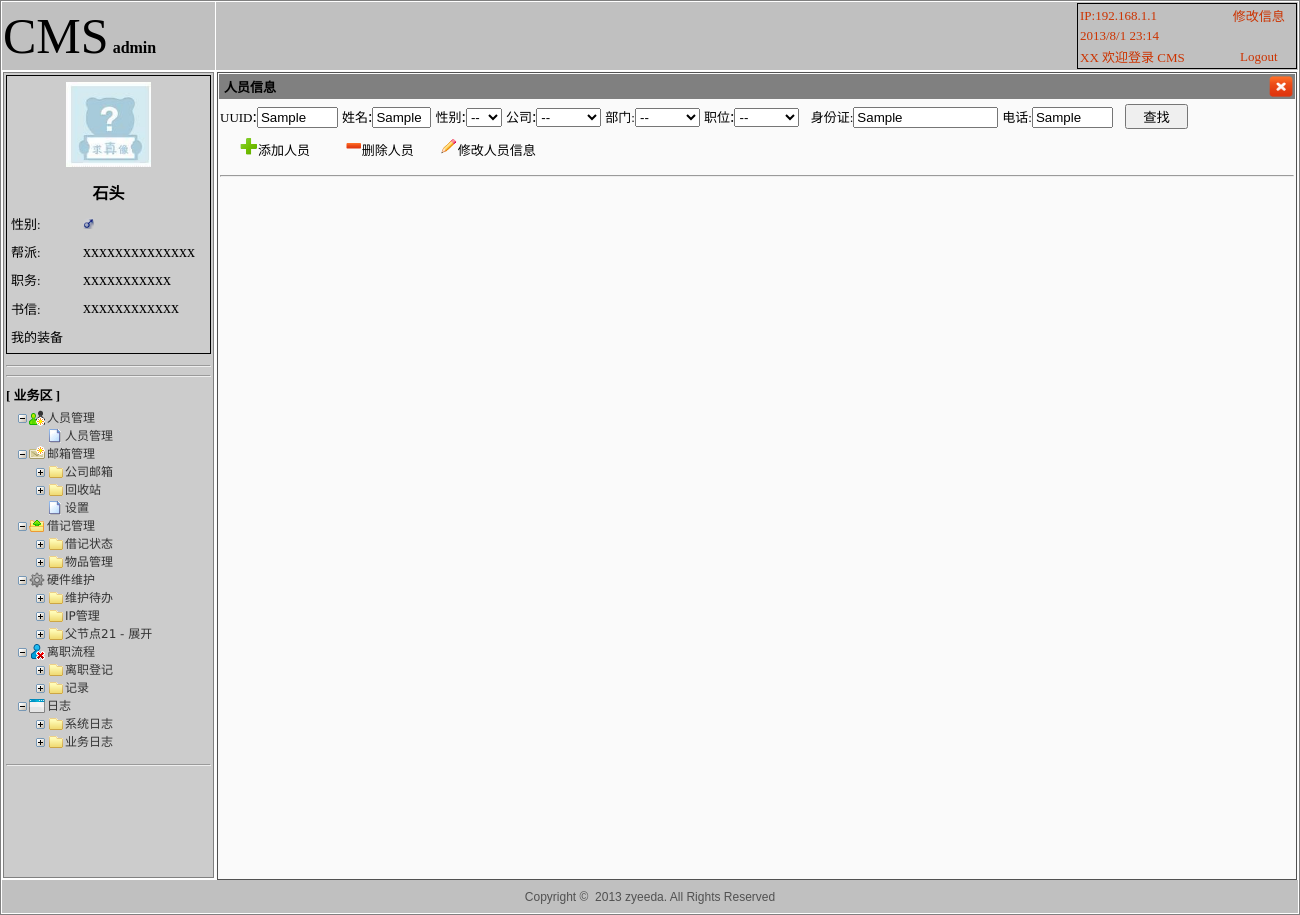
Repository: 728064001/MyProject
Page: http://localhost/CMS/admin.jsp
An editor plug-in stored every save of this project. The page is shown before and after the next save, followed by the edit.
The browser window is 1280 px wide. The page is 1300 px wide, so the pictures cover 1300 px, including what lies to the right of the window. The pictures show the whole page.
Empty fields were first filled with sample values (such as "Sample", 5 or name@example.com).
After loading, the first visible `#personinfo_close_image` was clicked once.
The page is served by Tomcat 9. Other server files are loaded and not shown.

Above is the page before, as saved 2013-08-02 07:30:27.

### cms-server-code/CMS/WebRoot/admin.jsp
<%@ page language="java" import="java.util.*" pageEncoding="UTF-8"%>
<%
String path = request.getContextPath();
String basePath = request.getScheme()+"://"+request.getServerName()+":"+request.getServerPort()+path+"/";
%>

<!DOCTYPE HTML PUBLIC "-//W3C//DTD HTML 4.01 Transitional//EN">
<html>
  <head>
    <base href="<%=basePath%>">

    <title>cms admin</title>

	<meta http-equiv="pragma" content="no-cache">
	<meta http-equiv="cache-control" content="no-cache">
	<meta http-equiv="expires" content="0">
	<meta http-equiv="keywords" content="keyword1,keyword2,keyword3">
	<meta http-equiv="description" content="This is my page">
	<!--
	<link rel="stylesheet" type="text/css" href="styles.css">
	-->
	<link rel="stylesheet" href="css/zTreeStyle/zTreeStyle.css" />
	<link rel="stylesheet" href="css/admin.css" />
	<script type="text/javascript" src="js/jquery-1.10.1.js"></script>
	<script type="text/javascript" src="js/jquery.ztree.core-3.5.js"></script>
	<script type="text/javascript" src="js/jquery.ztree.excheck-3.5.js"></script>
	<script type="text/javascript" src="js/jquery.ztree.exedit-3.5.js"></script>
	<script type="text/javascript" src="js/admin.js"></script>
</head>

<body>
<table align="center" cellspacing="1" class="admin-main-tab-style" style="width: 1300px; height: 900px">
	<tr bgcolor="#C0C0C0">
		<td class="admin-main-tab-td-style" style="height: 17px; width: 211px">
		<span class="admin-main-tab-td-logo-style">CMS</span> <span class="admin-main-tab-td-admins-style"><strong>admin</strong></span></td>
		<td class="admin-child-tab-td-null-style" style="height: 17px">
		<table cellspacing="1" class="admin-child-tab-style" style="width: 220px; height: 100%">
			<tr>
				<td>IP:192.168.1.1</td>
				<td class="admin-child-tab-td-welcome-style">修改信息</td>
			</tr>
			<tr>
				<td>2013/8/1 23:14</td>
				<td>&nbsp;</td>
			</tr>
			<tr>
				<td>XX 欢迎登录 CMS</td>
				<td class="admin-child-tab-td-welcome-style">Logout</td>
			</tr>
		</table>
		</td>
	</tr>
	<tr>
		<td style="width: 211px; height: 808px;" align="left" valign="top">
		<table cellspacing="1" class="style8" style="width: 100%; height: 100%">
			<tr>
				<td align="left" style="height: 281px" valign="top">
				<table cellspacing="1" class="style9" style="width: 100%; height: 100%">
					<tr>
						<td class="admin-child-tab-td-welcome-style" style="height: 95px">
						<img src="image/userimage.jpg" height="85" width="85" /></td>
					</tr>
					<tr>
						<td align="left" valign="top">
						<table cellspacing="1" style="width: 100%; height: 100%">
							<tr>
								<td class="admin-child-tab-td-welcome-style" colspan="2"><strong>石头</strong></td>
							</tr>
							<tr>
								<td class="admin-main-tab-style0" style="width: 69px">性别:</td>
								<td>
								<img alt="" height="11" src="image/male.gif" width="11" /></td>
							</tr>
							<tr>
								<td class="admin-main-tab-style0" style="width: 69px">帮派:</td>
								<td>xxxxxxxxxxxxxx</td>
							</tr>
							<tr>
								<td class="admin-main-tab-style0" style="width: 69px">职务:</td>
								<td>xxxxxxxxxxx</td>
							</tr>
							<tr>
								<td class="admin-main-tab-style0" style="width: 69px">书信:</td>
								<td>xxxxxxxxxxxx</td>
							</tr>
							<tr>
								<td class="admin-main-tab-style0" style="width: 69px">我的装备</td>
								<td>&nbsp;</td>
							</tr>
						</table>
						</td>
					</tr>
				</table>
				</td>
			</tr>
			<tr>
				<td align="left" valign="top">
				<hr /><hr/>
				<strong><span class="admin-main-tab-style1">[ 业务区 ]<br/>
				<!--tree-->
				</span></strong>
				<div>
				<ul id="treeDemo" class="ztree"></ul></div>
				<hr/>
				</td>
			</tr>
		</table>
		</td>
		<td style="height: 808px" bgcolor="#FAFAFA" align="left" valign="top">
		<!--业务工作区-->
		<!--人员信息-->
		<div id="personinfo" style="position: absolute; width: 1080px; height: 808px; z-index: 1">
			<table cellspacing="1" class="admin-main-tab-admin-child-tab-td-null-style" style="width: 100%; height: 100%">
				<tr>
					<td bgcolor="#808080" style="height: 20px">
					<table cellpadding="0" cellspacing="0" style="width: 100%; height: 100%">
						<tr>
							<td>&nbsp;<strong><span class="admin-main-tab-admin-main-tab-td-logo-style">人员信息&nbsp;</span></strong></td>
							<td class="admin-child-tab-td-null-style">
							<img id="personinfo_close_image" alt="" height="23" src="image/personinfo_close.png" width="26" /></td>
						</tr>
					</table>
					</td>
				</tr>
				<tr>
					<td style="height: 33px"><span class="admin-main-tab-style1">UUID</span>:<input name="Text1" type="text" style="width: 81px" />
					<span class="admin-main-tab-style1">姓名</span>:<input name="Text2" type="text" style="width: 59px" />&nbsp;<span class="admin-main-tab-style1">性别</span>:<select name="Select1">
						<option value="--">--</option>
						<option value="女">女</option>
						<option value="男">男</option>
						</select>&nbsp;<span class="admin-main-tab-style1">公司</span>:<select name="Select2" style="width: 65px">
						<option value="--">--</option>
						<option value="女">女</option>
						<option value="男">男</option>
						</select>&nbsp;<span class="admin-main-tab-style1">部门:</span><select name="Select3" style="width: 65px">
						<option value="--">--</option>
						<option value="女">女</option>
						<option value="男">男</option>
						</select>&nbsp;<span class="admin-main-tab-style1">职位</span>:<select name="Select4" style="width: 65px">
						<option value="--">--</option>
						<option value="女">女</option>
						<option value="男">男</option>
						</select>&nbsp;&nbsp;<span class="admin-main-tab-style1">
					身份证:</span><input name="Text7" type="text" style="width: 145px" />
					<span class="admin-main-tab-style1">电话:</span><input name="Text8" type="text" style="width: 81px" />&nbsp;&nbsp;&nbsp;<input name="search" id="search" type="button" value="查找" style="width: 63px" /></td>
				</tr>
				<tr>
					<td align="left" valign="top">&nbsp;&nbsp;&nbsp; &nbsp;<img alt="" height="18" src="image/addperson.png" width="18" /><span class="admin-main-tab-admin-main-tab-td-admins-style">添加人员&nbsp;&nbsp;&nbsp;&nbsp;&nbsp;&nbsp;&nbsp;&nbsp;&nbsp;&nbsp;
					</span>
					<img alt="" class="admin-main-tab-admin-main-tab-td-admins-style" height="19" src="image/delperson.png" width="16" /><span class="admin-main-tab-admin-main-tab-td-admins-style">删除人员&nbsp;&nbsp;&nbsp;&nbsp;&nbsp;&nbsp;&nbsp;
					</span>
					<img alt="" class="admin-main-tab-admin-main-tab-td-admins-style" height="17" src="image/modifiyperson.png" width="18" /><span class="admin-main-tab-admin-main-tab-td-admins-style">修改人员信息</span><hr style="height: -12px"/>

					</td>
				</tr>
			</table>
		</div>
		<!---->
		</td>
	</tr>
	<tr bgcolor="#C0C0C0">
		<td style="height: 33px;" class="admin-child-tab-td-welcome-style" colspan="2">
		<span style="color: rgb(81, 81, 81); font-family: Arial; font-size: 12px; font-style: normal; font-variant: normal; font-weight: normal; letter-spacing: normal; line-height: 24px; orphans: 2; text-align: center; text-indent: 0px; text-transform: none; white-space: normal; widows: 2; word-spacing: 0px; -webkit-text-size-adjust: auto; -webkit-text-stroke-width: 0px; display: inline !important; float: none;">
		Copyright ©&nbsp; 2013 zyeeda. All Rights Reserved</span></td>
	</tr>
</table>
</body>

</html>

### cms-server-code/CMS/WebRoot/css/zTreeStyle/zTreeStyle.css
/*-------------------------------------
zTree Style

version:	3.4
author:		Hunter.z
email:		hunter.z@263.net
website:	http://code.google.com/p/jquerytree/

-------------------------------------*/

.ztree * {padding:0; margin:0; font-size:12px; font-family: Verdana, Arial, Helvetica, AppleGothic, sans-serif}
.ztree {margin:0; padding:5px; color:#333}
.ztree li{padding:0; margin:0; list-style:none; line-height:14px; text-align:left; white-space:nowrap; outline:0}
.ztree li ul{ margin:0; padding:0 0 0 18px}
.ztree li ul.line{ background:url(./img/line_conn.gif) 0 0 repeat-y;}

.ztree li a {padding:1px 3px 0 0; margin:0; cursor:pointer; height:17px; color:#333; background-color: transparent;
	text-decoration:none; vertical-align:top; display: inline-block}
.ztree li a:hover {text-decoration:underline}
.ztree li a.curSelectedNode {padding-top:0px; background-color:#FFE6B0; color:black; height:16px; border:1px #FFB951 solid; opacity:0.8;}
.ztree li a.curSelectedNode_Edit {padding-top:0px; background-color:#FFE6B0; color:black; height:16px; border:1px #FFB951 solid; opacity:0.8;}
.ztree li a.tmpTargetNode_inner {padding-top:0px; background-color:#316AC5; color:white; height:16px; border:1px #316AC5 solid;
	opacity:0.8; filter:alpha(opacity=80)}
.ztree li a.tmpTargetNode_prev {}
.ztree li a.tmpTargetNode_next {}
.ztree li a input.rename {height:14px; width:80px; padding:0; margin:0;
	font-size:12px; border:1px #7EC4CC solid; *border:0px}
.ztree li span {line-height:16px; margin-right:2px}
.ztree li span.button {line-height:0; margin:0; width:16px; height:16px; display: inline-block; vertical-align:middle;
	border:0 none; cursor: pointer;outline:none;
	background-color:transparent; background-repeat:no-repeat; background-attachment: scroll;
	background-image:url("./img/zTreeStandard.png"); *background-image:url("./img/zTreeStandard.gif")}

.ztree li span.button.chk {width:13px; height:13px; margin:0 3px 0 0; cursor: auto}
.ztree li span.button.chk.checkbox_false_full {background-position:0 0}
.ztree li span.button.chk.checkbox_false_full_focus {background-position:0 -14px}
.ztree li span.button.chk.checkbox_false_part {background-position:0 -28px}
.ztree li span.button.chk.checkbox_false_part_focus {background-position:0 -42px}
.ztree li span.button.chk.checkbox_false_disable {background-position:0 -56px}
.ztree li span.button.chk.checkbox_true_full {background-position:-14px 0}
.ztree li span.button.chk.checkbox_true_full_focus {background-position:-14px -14px}
.ztree li span.button.chk.checkbox_true_part {background-position:-14px -28px}
.ztree li span.button.chk.checkbox_true_part_focus {background-position:-14px -42px}
.ztree li span.button.chk.checkbox_true_disable {background-position:-14px -56px}
.ztree li span.button.chk.radio_false_full {background-position:-28px 0}
.ztree li span.button.chk.radio_false_full_focus {background-position:-28px -14px}
.ztree li span.button.chk.radio_false_part {background-position:-28px -28px}
.ztree li span.button.chk.radio_false_part_focus {background-position:-28px -42px}
.ztree li span.button.chk.radio_false_disable {background-position:-28px -56px}
.ztree li span.button.chk.radio_true_full {background-position:-42px 0}
.ztree li span.button.chk.radio_true_full_focus {background-position:-42px -14px}
.ztree li span.button.chk.radio_true_part {background-position:-42px -28px}
.ztree li span.button.chk.radio_true_part_focus {background-position:-42px -42px}
.ztree li span.button.chk.radio_true_disable {background-position:-42px -56px}

.ztree li span.button.switch {width:18px; height:18px}
.ztree li span.button.root_open{background-position:-92px -54px}
.ztree li span.button.root_close{background-position:-74px -54px}
.ztree li span.button.roots_open{background-position:-92px 0}
.ztree li span.button.roots_close{background-position:-74px 0}
.ztree li span.button.center_open{background-position:-92px -18px}
.ztree li span.button.center_close{background-position:-74px -18px}
.ztree li span.button.bottom_open{background-position:-92px -36px}
.ztree li span.button.bottom_close{background-position:-74px -36px}
.ztree li span.button.noline_open{background-position:-92px -72px}
.ztree li span.button.noline_close{background-position:-74px -72px}
.ztree li span.button.root_docu{ background:none;}
.ztree li span.button.roots_docu{background-position:-56px 0}
.ztree li span.button.center_docu{background-position:-56px -18px}
.ztree li span.button.bottom_docu{background-position:-56px -36px}
.ztree li span.button.noline_docu{ background:none;}

.ztree li span.button.ico_open{margin-right:2px; background-position:-110px -16px; vertical-align:top; *vertical-align:middle}
.ztree li span.button.ico_close{margin-right:2px; background-position:-110px 0; vertical-align:top; *vertical-align:middle}
.ztree li span.button.ico_docu{margin-right:2px; background-position:-110px -32px; vertical-align:top; *vertical-align:middle}
.ztree li span.button.edit {margin-right:2px; background-position:-110px -48px; vertical-align:top; *vertical-align:middle}
.ztree li span.button.remove {margin-right:2px; background-position:-110px -64px; vertical-align:top; *vertical-align:middle}

.ztree li span.button.ico_loading{margin-right:2px; background:url(./img/loading.gif) no-repeat scroll 0 0 transparent; vertical-align:top; *vertical-align:middle}

ul.tmpTargetzTree {background-color:#FFE6B0; opacity:0.8; filter:alpha(opacity=80)}

span.tmpzTreeMove_arrow {width:16px; height:16px; display: inline-block; padding:0; margin:2px 0 0 1px; border:0 none; position:absolute;
	background-color:transparent; background-repeat:no-repeat; background-attachment: scroll;
	background-position:-110px -80px; background-image:url("./img/zTreeStandard.png"); *background-image:url("./img/zTreeStandard.gif")}

ul.ztree.zTreeDragUL {margin:0; padding:0; position:absolute; width:auto; height:auto;overflow:hidden; background-color:#cfcfcf; border:1px #00B83F dotted; opacity:0.8; filter:alpha(opacity=80)}
.zTreeMask {z-index:10000; background-color:#cfcfcf; opacity:0.0; filter:alpha(opacity=0); position:absolute}

/* level style*/
/*.ztree li span.button.level0 {
	display:none;
}
.ztree li ul.level0 {
	padding:0;
	background:none;
}*/

### cms-server-code/CMS/WebRoot/css/admin.css
@CHARSET "UTF-8";
body{
 margin:0;
 padding:0;
}
.admin-main-tab-style {
	border-style: solid;
	border-width: 1px;
 margin:0,auto;
}
.admin-child-tab-td-null-style {
	text-align: right;
}
.admin-main-tab-td-logo-style {
	font-family: 华文琥珀;
	font-size: 50px;
}
.admin-main-tab-td-admins-style {
	font-size: medium;
}
.admin-main-tab-td-style {
	text-align: left;
}
.admin-child-tab-style {
	border: 1px solid #000000;
	float:right;
	margin-left: 185px;
	color: #CC3300;
	font-size: small;
}
.admin-child-tab-td-welcome-style {
	text-align: center;
}
.style8 {
	border-style: solid;
	border-width: 1px;
	background-color: #CCCCCC;
}
.style9 {
	border: 1px solid #000000;
}
.admin-main-tab-style0 {
	font-family: 新宋体;
	font-size: small;
}
.admin-main-tab-style1 {
	font-size: small;
}
.admin-main-tab-admin-child-tab-td-null-style {
	border: 1px solid #515151;
}
.admin-main-tab-admin-main-tab-td-logo-style {
	font-size: small;
	font-family: 黑体;
}
.admin-main-tab-admin-main-tab-td-admins-style {
	font-size: small;
	font-family: 华文细黑;
	 line-height:32px;
}

### cms-server-code/CMS/WebRoot/js/admin.js
//载入时
$(function(){

	//不显示人员信息窗口；
//	$("#personinfo").hide();
			$("#personinfo_close_image").click(function(){
			alert("ok");
//			$("#personinfo").hide(); //点击关闭按钮时，隐藏人员信息窗口；
		});
});

var setting = {
			view:{
				showLine:false
			},
			data: {
				simpleData: {
					enable: true
				}
			}
		};
var zNodes =[
			{ name:"人员管理", open:true,iconOpen:"image/treeimage/person_open.png",iconClose:"image/treeimage/person_close.png",
				children: [
					{ name:"人员管理", isParent:false, "click":"personinfo_click();"}
				]},
			{ name:"邮箱管理",open:true,iconOpen:"image/treeimage/mail_open.png",iconClose:"image/treeimage/mail_close.png",

				children: [
					{ name:"公司邮箱",
						children: [
							{ name:"邮箱信息"},
							{ name:"待办项"}
					]},
					{ name:"回收站",
						children: [
							{ name:"已删除的邮箱"}
					]},
					{ name:"设置", isParent:false}
				]},
			{ name:"借记管理", open:true,iconOpen:"image/treeimage/borrow_open.png",iconClose:"image/treeimage/borrow_close.png",

				children:[
					{ name:"借记状态",
						children: [
							{ name:"图书借记状态"},
							{ name:"电子用品借记状态"},
							{ name:"历史记录"}
					]},
					{ name:"物品管理",
						children: [
							{ name:"图书管理"},
							{ name:"电子用品管理"},
							{ name:"借用授权"}
					]}
				]
			},
			{ name:"硬件维护", open:true,iconOpen:"image/treeimage/hardwaremaintenance_open.png",iconClose:"image/treeimage/hardwaremaintenance_close.png",

				children:[
					{ name:"维护待办",
						children: [
							{ name:"待办项"},
							{ name:"记录"}
					]},
					{ name:"IP管理",
						children: [
							{ name:"IP信息表"},
							{ name:"叶子节点212"},
							{ name:"叶子节点213"},
							{ name:"叶子节点214"}
					]},
					{ name:"父节点21 - 展开",
						children: [
							{ name:"叶子节点211"},
							{ name:"叶子节点212"},
							{ name:"叶子节点213"},
							{ name:"叶子节点214"}
					]}
				]
			},
			{ name:"离职流程",  open:true,iconOpen:"image/treeimage/resignation_open.png",iconClose:"image/treeimage/resignation_close.png",

				children:[
					{ name:"离职登记",
						children: [
							{ name:"登记"}
					]},
					{ name:"记录",
						children: [
							{ name:"已离职信息"}
					]}
				]
			},
			{ name:"日志", open:true,iconOpen:"image/treeimage/log_open.png",iconClose:"image/treeimage/log_close.png",

				children:[
					{ name:"系统日志",
						children: [
							{ name:"系统日志"}
					]},
					{ name:"业务日志",
						children: [
							{ name:"业务日志"}
					]}
				]
			}
		];
		$(function(){
			$.fn.zTree.init($("#treeDemo"),setting,zNodes);
		});

		//工作区窗体
//		$("#personinfo_close_image").click(function(){
//			alert("ok");
////			$("#personinfo").hide(); //点击关闭按钮时，隐藏人员信息窗口；
//		});
		function personinfo_click(){
			$("#personinfo").show(); //显示人员信息窗口
		}

Loaded but not shown: cms-server-code/CMS/WebRoot/js/jquery-1.10.1.js (library); cms-server-code/CMS/WebRoot/js/jquery.ztree.core-3.5.js (library); cms-server-code/CMS/WebRoot/js/jquery.ztree.excheck-3.5.js (library); cms-server-code/CMS/WebRoot/js/jquery.ztree.exedit-3.5.js (library)

After the next save:
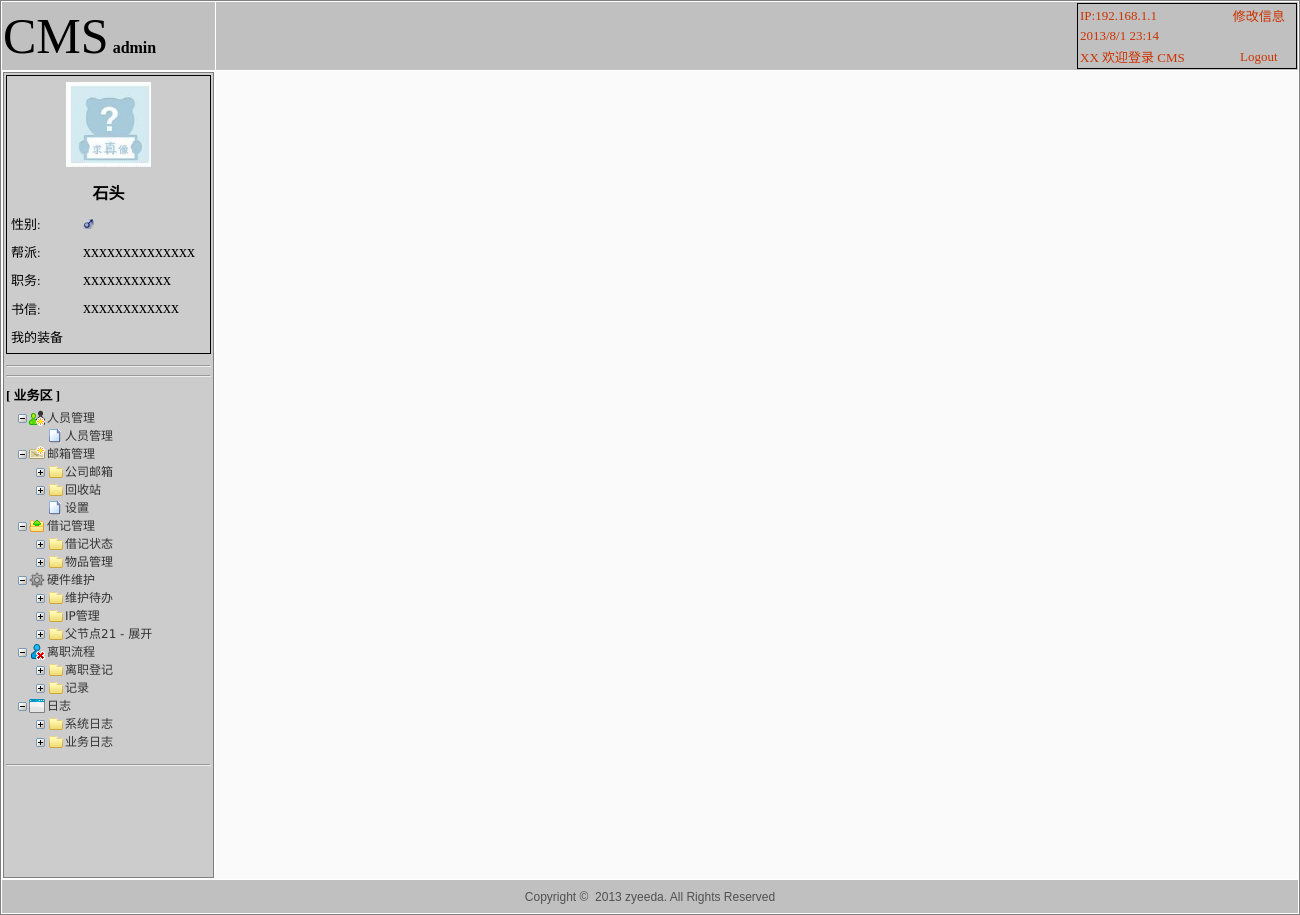
Saved 20 s later.
--- a/cms-server-code/CMS/WebRoot/js/admin.js
+++ b/cms-server-code/CMS/WebRoot/js/admin.js
@@ -4,8 +4,8 @@ $(function(){
 	//不显示人员信息窗口；
 //	$("#personinfo").hide();
 			$("#personinfo_close_image").click(function(){
-			alert("ok");
-//			$("#personinfo").hide(); //点击关闭按钮时，隐藏人员信息窗口；
+//			alert("ok");
+			$("#personinfo").hide(); //点击关闭按钮时，隐藏人员信息窗口；
 		});
 });
 
